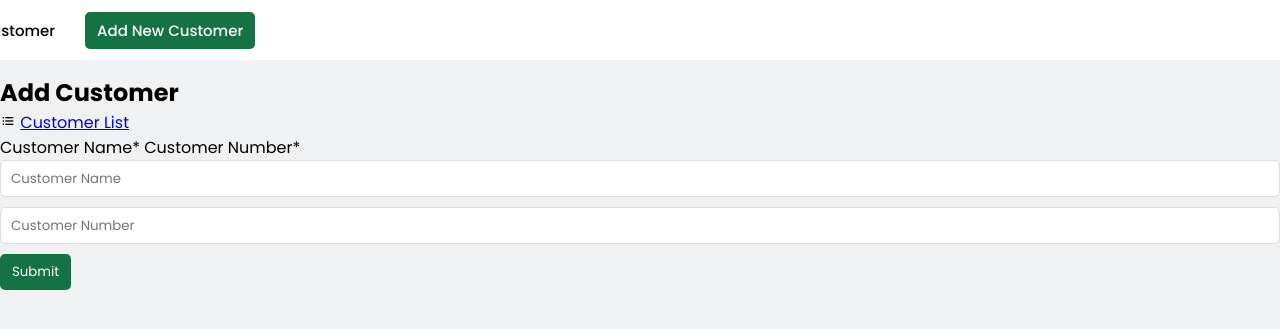
Repository: codebyaddro/customer-page
Page: pages/html/ancus.html
These files come from the project's save history. The page is drawn as it stood at one moment and after a run of saves; the edit follows.
The browser window is 1280 px wide. The pictures show the whole page.

Above is the page before, as saved 2025-02-20 15:09:01.

After the next 2 saves:
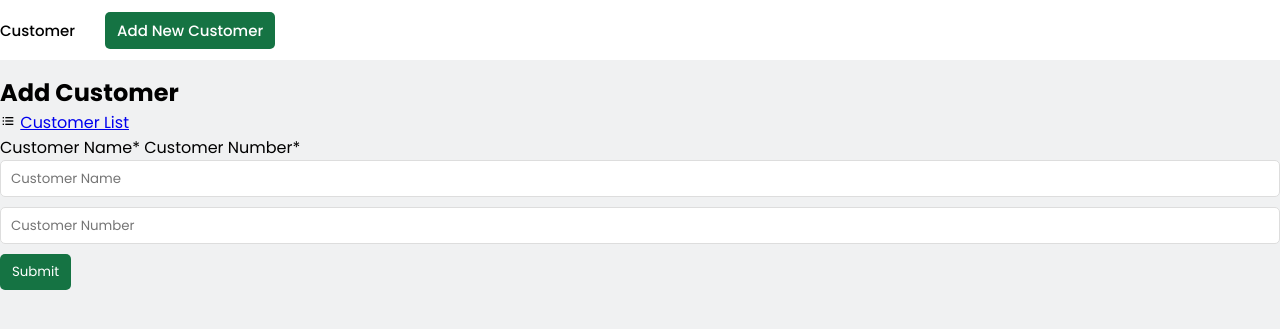
The 2 saves are shown as one change because they came seconds apart.
The last was saved 41 s later.
--- a/pages/css/ancus.css
+++ b/pages/css/ancus.css
@@ -48,6 +48,7 @@
     justify-content: left;
     align-items: center;
     height: 60px;
+    padding: 0px 20px;
     margin-bottom: 15px;
 }
 
